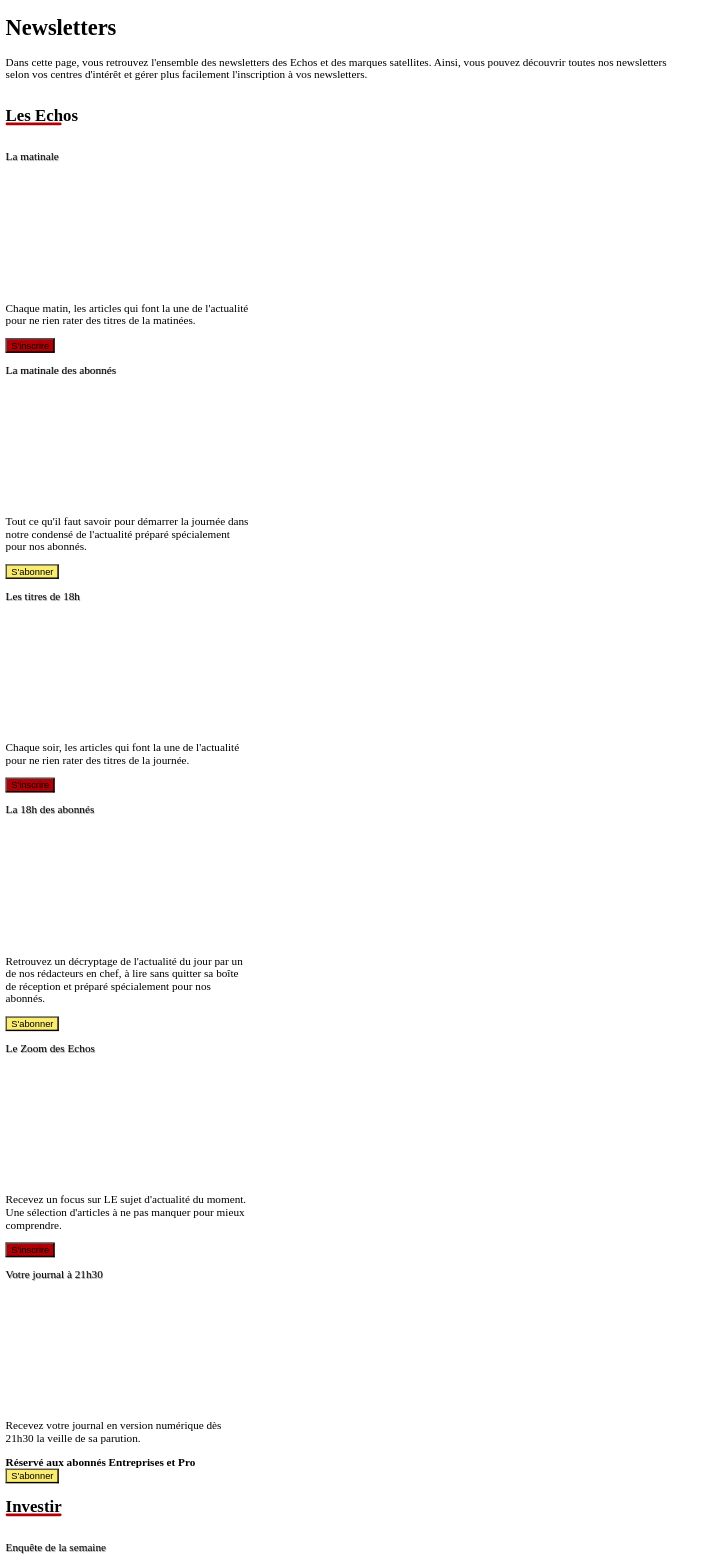
Repository: JeremyBeherec/technical-test-les-echos
Page: /
An editor plug-in stored every save of this project. The page is shown before and after the next save, followed by the edit.
The browser window is 1024 px wide. The pictures show the part of the page from y = 0 to 2240 px (the page is 3060 px tall before and 3078 px after), at 70% of full size.
The project was rebuilt for these pictures with package versions that can differ from the ones it lists, and the page was loaded fresh each time. Also part of the build but not shown: vite.config.ts.

Above is the page before, as saved 2024-04-17 16:24:28.

### index.html
<!doctype html>
<html lang="en">
  <head>
    <meta charset="UTF-8" />
    <link rel="icon" href="/icon.png" />
    <meta name="viewport" content="width=device-width, initial-scale=1.0" />
    <title>Les Echos Newsletters</title>
  </head>
  <body>
    <div id="root"></div>
    <script type="module" src="/src/main.tsx"></script>
  </body>
</html>

### src/main.tsx
import React from 'react';
import ReactDOM from 'react-dom/client';
import 'tailwindcss/tailwind.css';

import { Router } from './Router.tsx';
import './index.css';

ReactDOM.createRoot(document.getElementById('root')!).render(
  <React.StrictMode>
    <Router />
  </React.StrictMode>,
);

### src/Router.tsx
import { BrowserRouter, Routes, Route, Navigate } from 'react-router-dom';

import { Newsletters } from './components/pages/Newsletters';

export const Router = () => {
  return (
    <BrowserRouter>
      <Routes>
        {/** since there is no "home page" in this test, redirect the root path to the newsletters */}
        <Route path="/" element={<Navigate to="/newsletters" />} />
        <Route path="/newsletters" element={<Newsletters />} />
      </Routes>
    </BrowserRouter>
  );
}

### src/index.css
:root {
  --accent-main: #b00005;
  --accent-secondary: #faec70;
}

### src/components/pages/Newsletters/index.ts
export * from './Newsletters';

### src/components/pages/Newsletters/Newsletters.tsx
import { Article } from '~/components/molecules/Article';
import { lesEchos, investments } from '~/data/newsletters';

import { Header } from './Header';
import './Newsletters.css';

export const Newsletters = () => {
  return (
    <div className="flex justify-center">
      <div className="flex flex-col gap-4 container p-4">
        <Header />

        <main className="flex flex-col gap-12">
          <section className="flex flex-col gap-6">
            <h2 className="text-xl font-bold uppercase text-with-border pb-4">Les Echos</h2>

            <div className="flex gap-4 flex-wrap justify-around">
              {lesEchos.map(newsletter => (
                <Article
                  key={newsletter.id}
                  title={newsletter.title}
                  description={newsletter.description}
                  note={newsletter.note}
                  accessType={newsletter.accessType}
                />
              ))}
            </div>
          </section>

          <section className="flex flex-col gap-6">
            <h2 className="text-xl font-bold uppercase text-with-border pb-4">Investir</h2>

            <div className="flex gap-4 flex-wrap justify-around">
              {investments.map(newsletter => (
                <Article
                  key={newsletter.id}
                  title={newsletter.title}
                  description={newsletter.description}
                  note={newsletter.note}
                  accessType={newsletter.accessType}
                />
              ))}
            </div>
          </section>
        </main>
      </div>
    </div>
  );
}

### src/data/newsletters.ts
import type { Newsletter } from '~/types';

export const lesEchos: Newsletter[] = [
  {
    id: 1,
    title: 'La matinale',
    description: 'Chaque matin, les articles qui font la une de l\'actualité pour ne rien rater des titres de la matinées.',
    accessType: 'register',
  },
  {
    id: 2,
    title: 'La matinale des abonnés',
    description: 'Tout ce qu\'il faut savoir pour démarrer la journée dans notre condensé de l\'actualité préparé spécialement pour nos abonnés.',
    accessType: 'subscription',
  },
  {
    id: 3,
    title: 'Les titres de 18h',
    description: 'Chaque soir, les articles qui font la une de l\'actualité pour ne rien rater des titres de la journée.',
    accessType: 'register',
  },
  {
    id: 4,
    title: 'La 18h des abonnés',
    description: 'Retrouvez un décryptage de l\'actualité du jour par un de nos rédacteurs en chef, à lire sans quitter sa boîte de réception et préparé spécialement pour nos abonnés.',
    accessType: 'subscription',
  },
  {
    id: 5,
    title: 'Le Zoom des Echos',
    description: 'Recevez un focus sur LE sujet d\'actualité du moment. Une sélection d\'articles à ne pas manquer pour mieux comprendre.',
    accessType: 'register',
  },
  {
    id: 6,
    title: 'Votre journal à 21h30',
    description: 'Recevez votre journal en version numérique dès 21h30 la veille de sa parution.',
    note: 'Réservé aux abonnés Entreprises et Pro',
    accessType: 'subscription',
  },
];

export const investments: Newsletter[] = [
  {
    id: 1,
    title: 'Enquête de la semaine',
    description: 'Chaque semaine, les enquêtes de la Rédaction sur une valeur, un secteur ou un événement marché pour améliorer votre connaissance du marché.',
    accessType: 'public',
  },
  {
    id: 2,
    title: 'Placements',
    description: 'Immobilier, assurance-vie, fiscalité... tous les conseils de la Rédaction pour vous aider à faire les meilleurs placements.',
    accessType: 'public',
  },
  {
    id: 3,
    title: 'Morning mail',
    description: 'Les dernières informations marchés et valeurs à connaitre avant l\'ouverture de la séance pour faciliter vos arbitrages.',
    accessType: 'public',
  },
];

### src/components/pages/Newsletters/Newsletters.css
.container {
  width: 70%;
}

/* phones and tablets */
@media (max-width: 768px) {
  .container {
    width: 95%;
  }
}

/* tablets */
@media (min-width: 769px) and (max-width: 1200px) {
  .container {
    width: 95%;
  }
}

.text-with-border {
  display: inline-block;
  position: relative;
  height: 150%;
}

.text-with-border::after {
  content: "";
  position: absolute;
  bottom: 0;
  left: 0;
  width: 80px;
  height: 4px;
  background-color: var(--accent-main);
  border-radius: 6px;
}

### src/components/molecules/Article/Article.tsx
import { tv } from 'tailwind-variants';

import type { NewsletterAccessType } from '~/types';

import './Article.css';

const button = tv({
  base: 'px-8 py-2 rounded-full font-bold text-sm',
  variants: {
    accessType: {
      register: 'text-white register-button',
      subscription: 'text-black subscription-button',
    },
  },
});

const buttonText = {
  register: 'S\'inscrire',
  subscription: 'S\'abonner',
};

export const Article = ({ title, description, note, accessType }: ArticleProps) => {
  return (
    <article className="flex flex-col gap-4 justify-center" style={{ width: 350 }}>
      <div className="bg-gray-300 flex justify-center items-center" style={{ height: 200 }}>
        <p className="text-white text-3xl font-bold text-center" style={{ textShadow: '1px 1px 1px #0006' }}>{title}</p>
      </div>

      <div className="flex flex-col justify-center">
        <p className="text-center text-wrap">{description}</p>
        <strong className="text-center text-wrap">{note}</strong>
      </div>

      {accessType !== 'public' && (
        <div className="flex justify-center">
          <button className={button({ accessType })}>{buttonText[accessType]}</button>
        </div>
      )}
    </article>
  );
}

export interface ArticleProps {
  title: string;
  description: string;
  note?: string;
  accessType: NewsletterAccessType;
}

### src/components/pages/Newsletters/Header/Header.tsx
export const Header = () => {
  return (
    <header className="bg-gray-100 text-center py-6 px-4 rounded-xl">
      <h1 className="text-3xl font-bold uppercase mb-4">Newsletters</h1>

      <p>Dans cette page, vous retrouvez l'ensemble des newsletters des Echos et des marques satellites. Ainsi, vous pouvez découvrir toutes nos newsletters selon vos centres d'intérêt et gérer plus facilement l'inscription à vos newsletters.</p>
    </header>
  );
}

### src/components/molecules/Article/Article.css
.container {
  width: 70%;
}

.text-with-border {
  display: inline-block;
  position: relative;
  height: 150%;
}

.text-with-border::after {
  content: "";
  position: absolute;
  bottom: 0;
  left: 0;
  width: 80px;
  height: 4px;
  background-color: var(--accent-main);
  border-radius: 6px;
}

.register-button {
  background-color: var(--accent-main);
}

.subscription-button {
  background-color: var(--accent-secondary);
}

Loaded but not shown: src/components/molecules/Article/index.ts (common file); src/components/pages/Newsletters/Header/index.ts (common file)

After the next save:
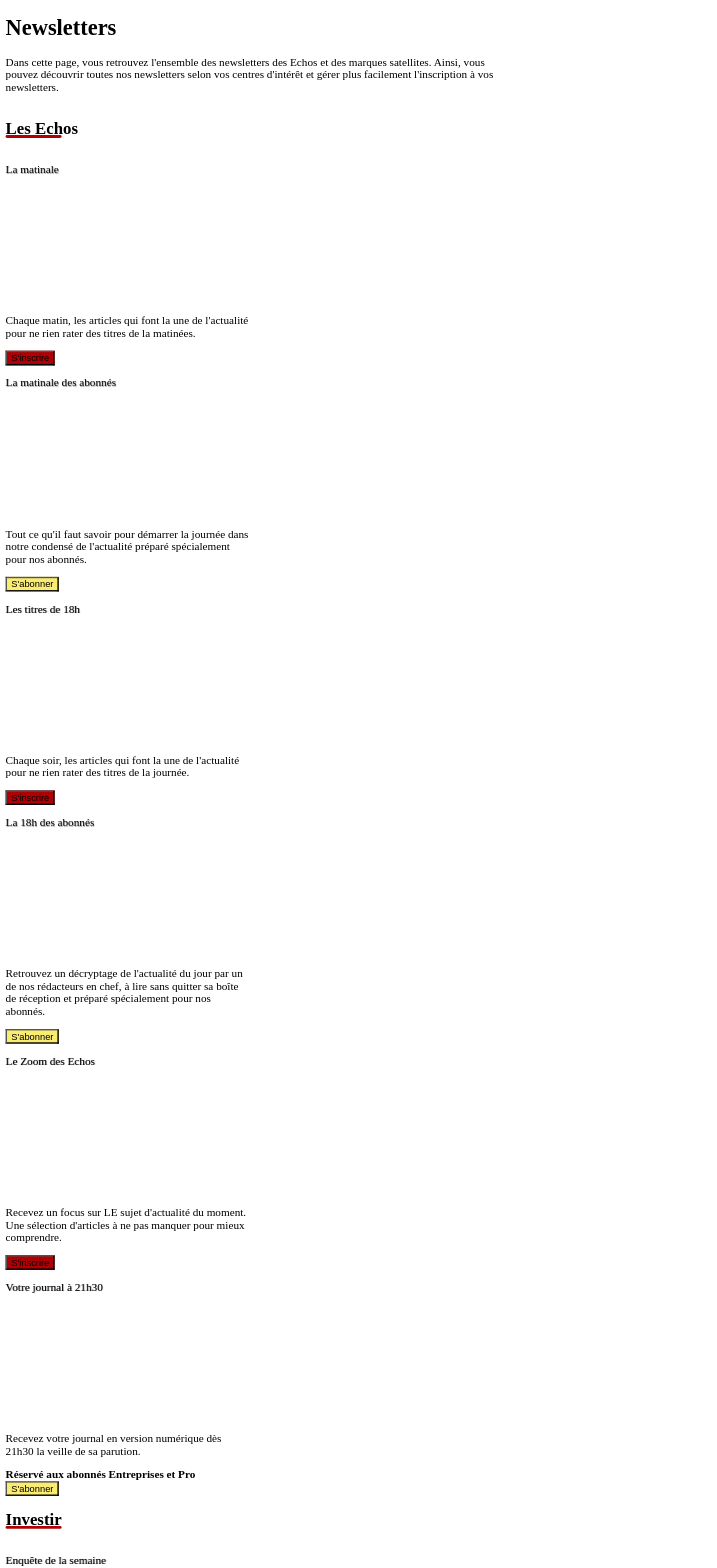
Saved 30 s later.
--- a/src/components/pages/Newsletters/Newsletters.css
+++ b/src/components/pages/Newsletters/Newsletters.css
@@ -9,12 +9,6 @@
   }
 }
 
-/* tablets */
-@media (min-width: 769px) and (max-width: 1200px) {
-  .container {
-    width: 95%;
-  }
-}
 
 .text-with-border {
   display: inline-block;
